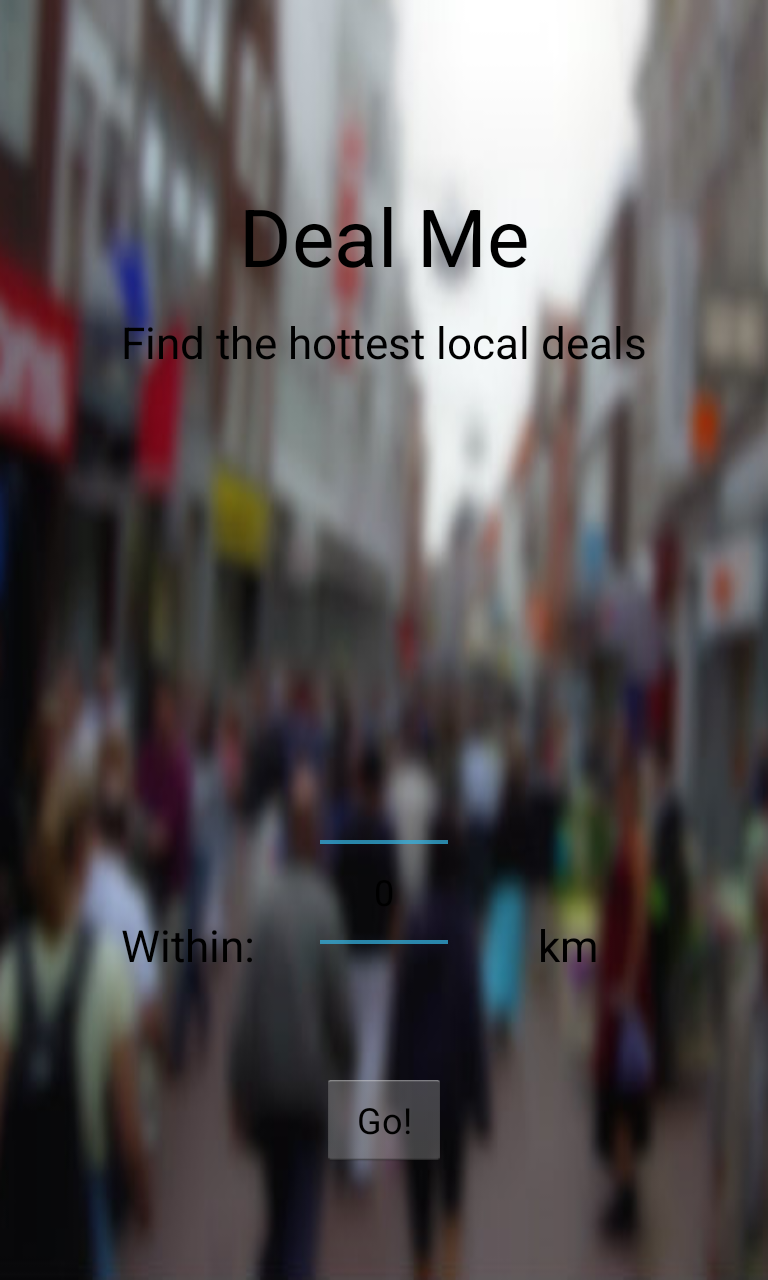
Repository: vmathur/mchacks
Layout: mobile/DealMe/res/layout/activity_main.xml
The author's editor kept a copy of each file at every save. The layout is drawn from the files as they stood at one save, then again after the next save.
It is drawn on a 768 x 1280 px phone screen (xhdpi) without system bars, with theme AppTheme; the app's code is not run.

Above is the layout before, as saved 2014-02-23 04:35:53.

After the next save:
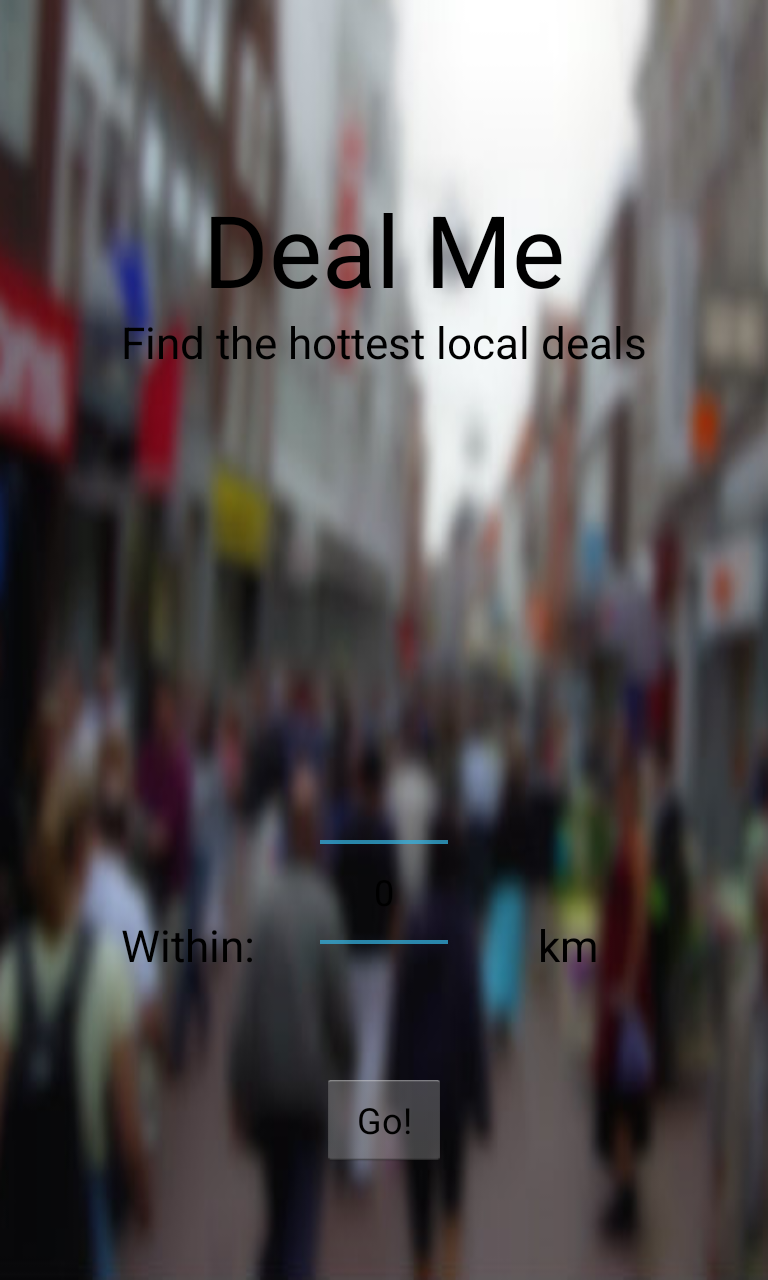
Saved 70 s later.
--- a/mobile/DealMe/res/layout/activity_main.xml
+++ b/mobile/DealMe/res/layout/activity_main.xml
@@ -18,7 +18,7 @@
         android:layout_marginTop="75dp"
         android:text="Deal Me"
         android:textAppearance="?android:attr/textAppearanceLarge"
-        android:textSize="40dp" />
+        android:textSize="50dp" />
 
     <TextView
         android:id="@+id/textView1"
